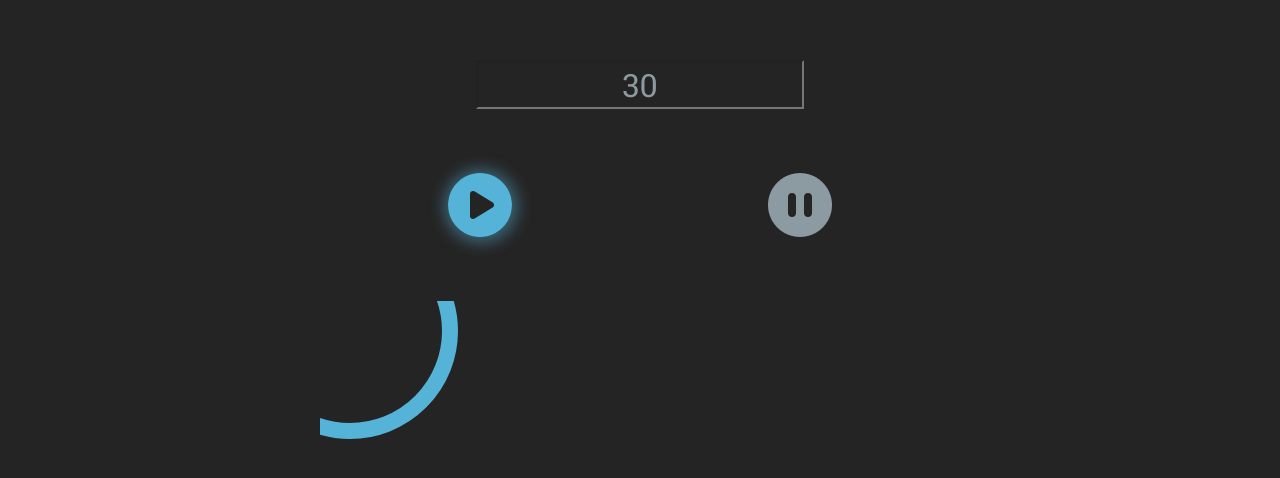
Repository: Sbethm/javascript-challenges
Page: index.html
An editor plug-in stored every save of this project. The page is shown before and after the next save, followed by the edit.
The browser window is 1280 px wide. The pictures show the whole page.
Some web libraries are served in a nearby version. The style sheet was rebuilt from its Sass, Less or Tailwind sources for each picture, by a compiler version that may differ from the author's.

Above is the page before, as saved 2021-09-17 15:41:56.

After the next save:
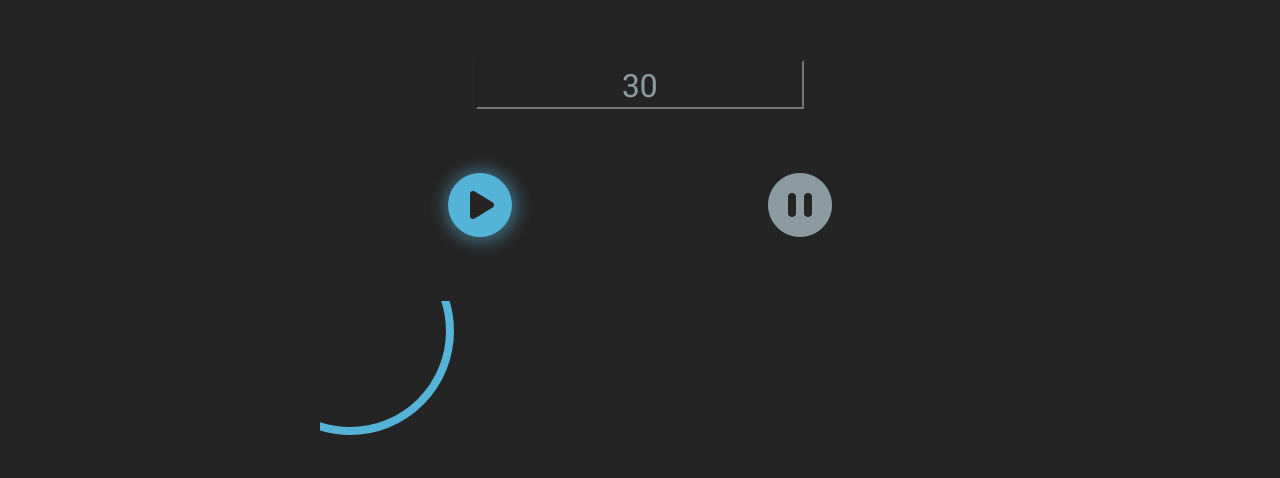
Saved 8 s later.
--- a/SCSS/main.scss
+++ b/SCSS/main.scss
@@ -35,7 +35,7 @@ svg{
     & circle {
         fill: rgb(37, 36, 36);
         stroke: $activeColor;
-        stroke-width: 1rem;
+        stroke-width: 0.5rem;
     }
 }
 
